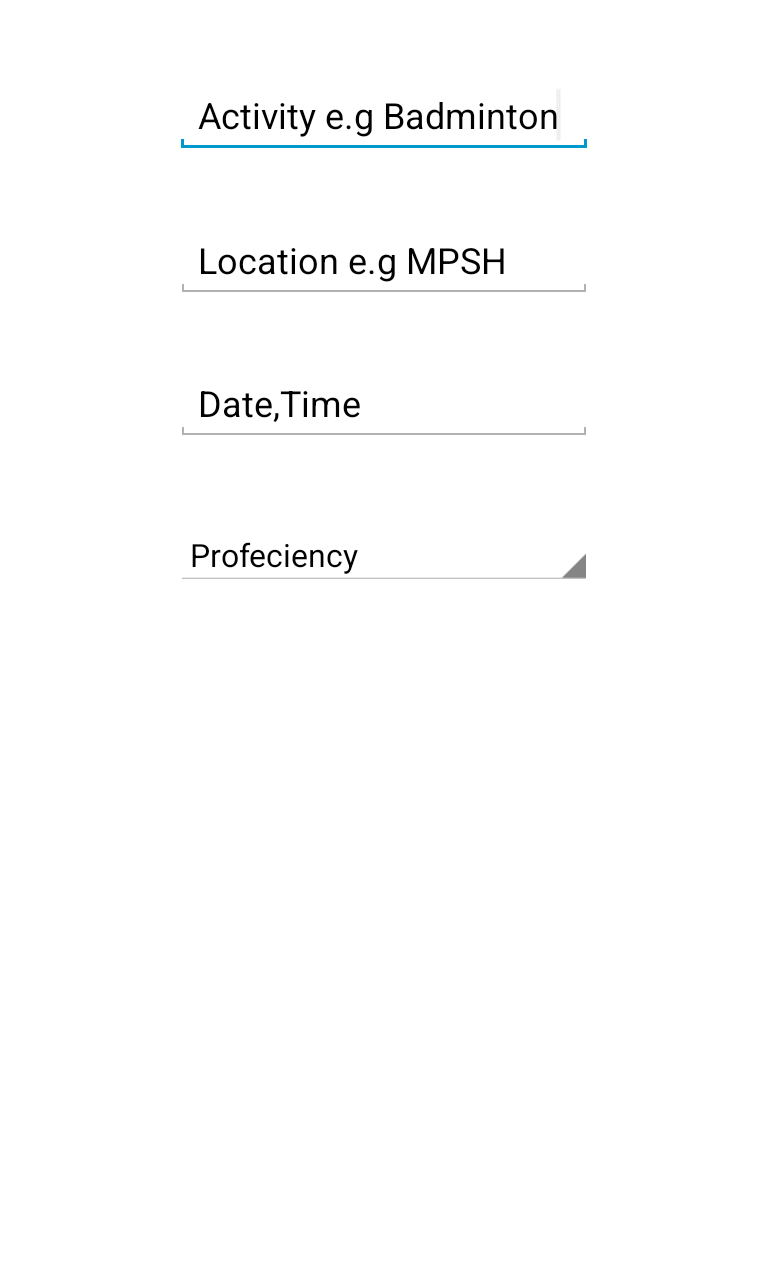
Repository: srikraj8341/srikanthrepo
Layout: android/MyFirstApp/res/layout/activity_initiate.xml
The author's editor kept a copy of each file at every save. The layout is drawn from the files as they stood at one save, then again after the next save.
It is drawn on a 768 x 1280 px phone screen (xhdpi) without system bars, with theme AppTheme; the app's code is not run.

Above is the layout before, as saved 2012-09-22 23:24:39.

After the next save:
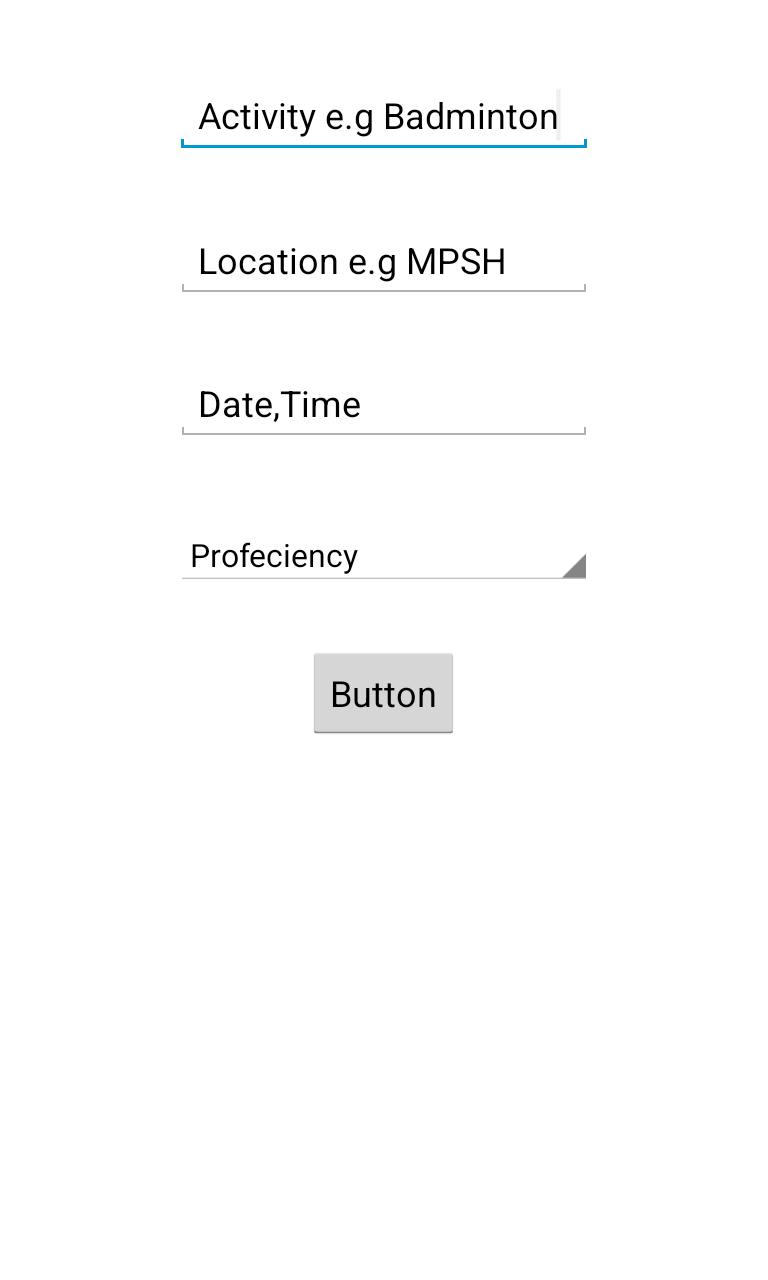
Saved 5 min 0 s later.
--- a/android/MyFirstApp/res/layout/activity_initiate.xml
+++ b/android/MyFirstApp/res/layout/activity_initiate.xml
@@ -50,4 +50,13 @@
         android:entries="@array/Profeciency_array"
         android:prompt="@string/Profecieny_prompt" />
 
+    <Button
+        android:id="@+id/button1"
+        android:layout_width="wrap_content"
+        android:layout_height="wrap_content"
+        android:layout_below="@+id/spinner1"
+        android:layout_centerHorizontal="true"
+        android:layout_marginTop="29dp"
+        android:text="Button" />
+
 </RelativeLayout>
